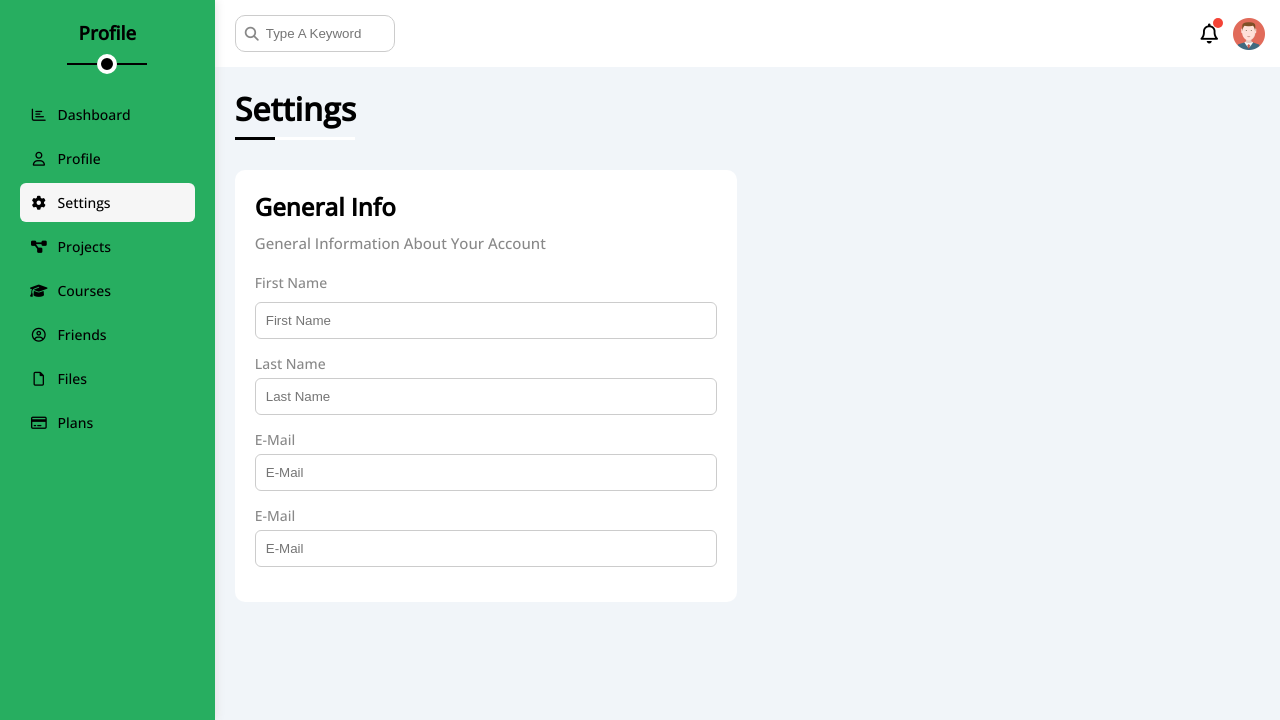
Repository: souhailaniba/Bookly
Page: public/assets/books webstie/settings.html
These files come from the project's save history. The page is drawn as it stood at one moment and after the next save; the edit follows.
The browser window is 1280 px wide. The pictures show the whole page.

Above is the page before, as saved 2023-01-27 15:03:43.

After the next save:
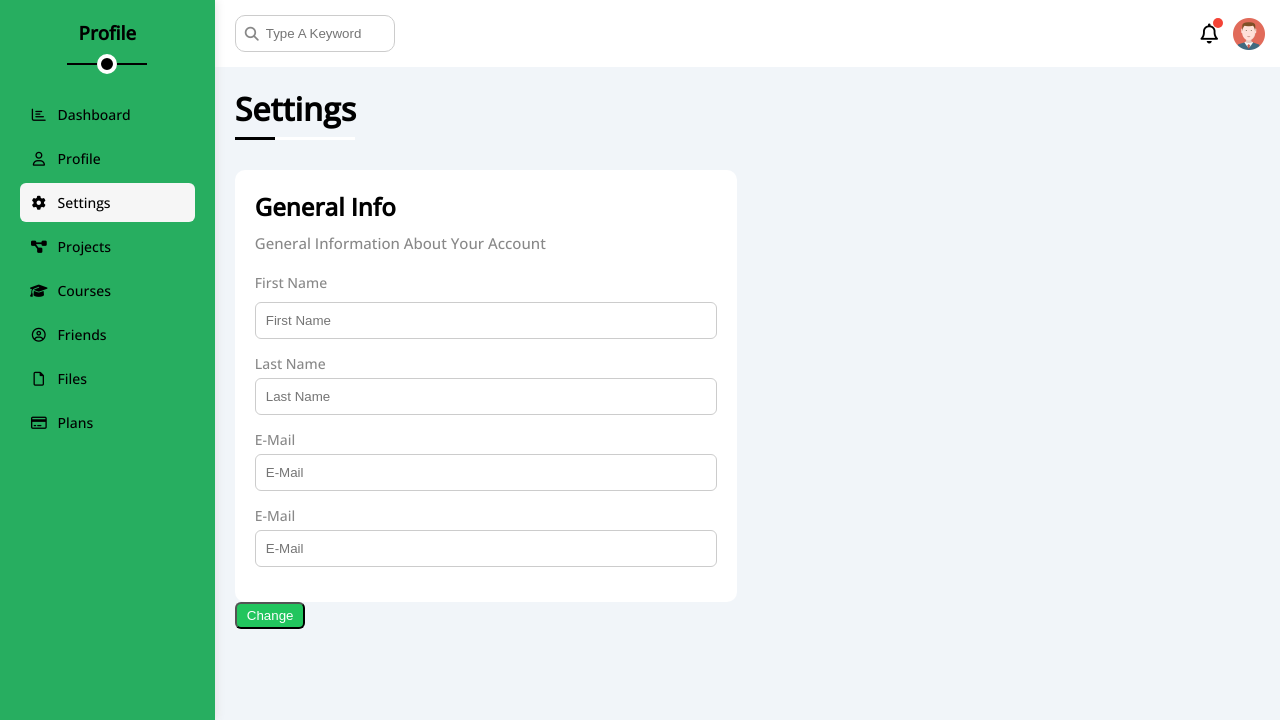
Saved 14 s later.
--- a/public/assets/books webstie/settings.html
+++ b/public/assets/books webstie/settings.html
@@ -125,6 +125,8 @@
                 />
               </div>
             </div>
+              <button class="button bg-green c-white btn-shape" type="submit" action="">Change</button>
+            </div>
           </div>
         </form>
           <!-- End Settings Box -->
